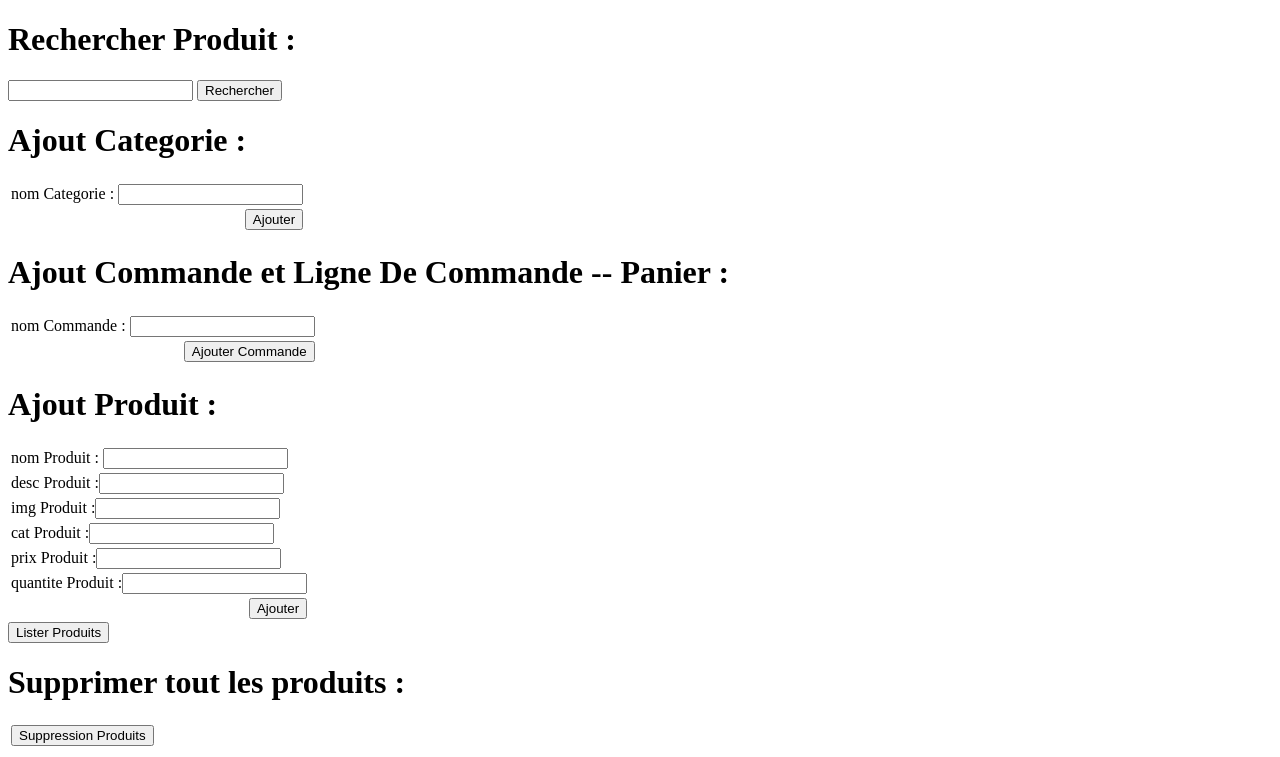
Repository: EBusinesss/Ebusiness
Page: http://localhost/EcomWEB/indexNeu.jsp
These files come from the project's save history. The page is drawn as it stood at one moment and after the next save; the edit follows.
The browser window is 1280 px wide. The pictures show the whole page.
The page is served by Tomcat 9. Nobody is signed in. The application's start-up code is not run.

Above is the page before, as saved 2014-12-27 17:58:10.

After the next save:
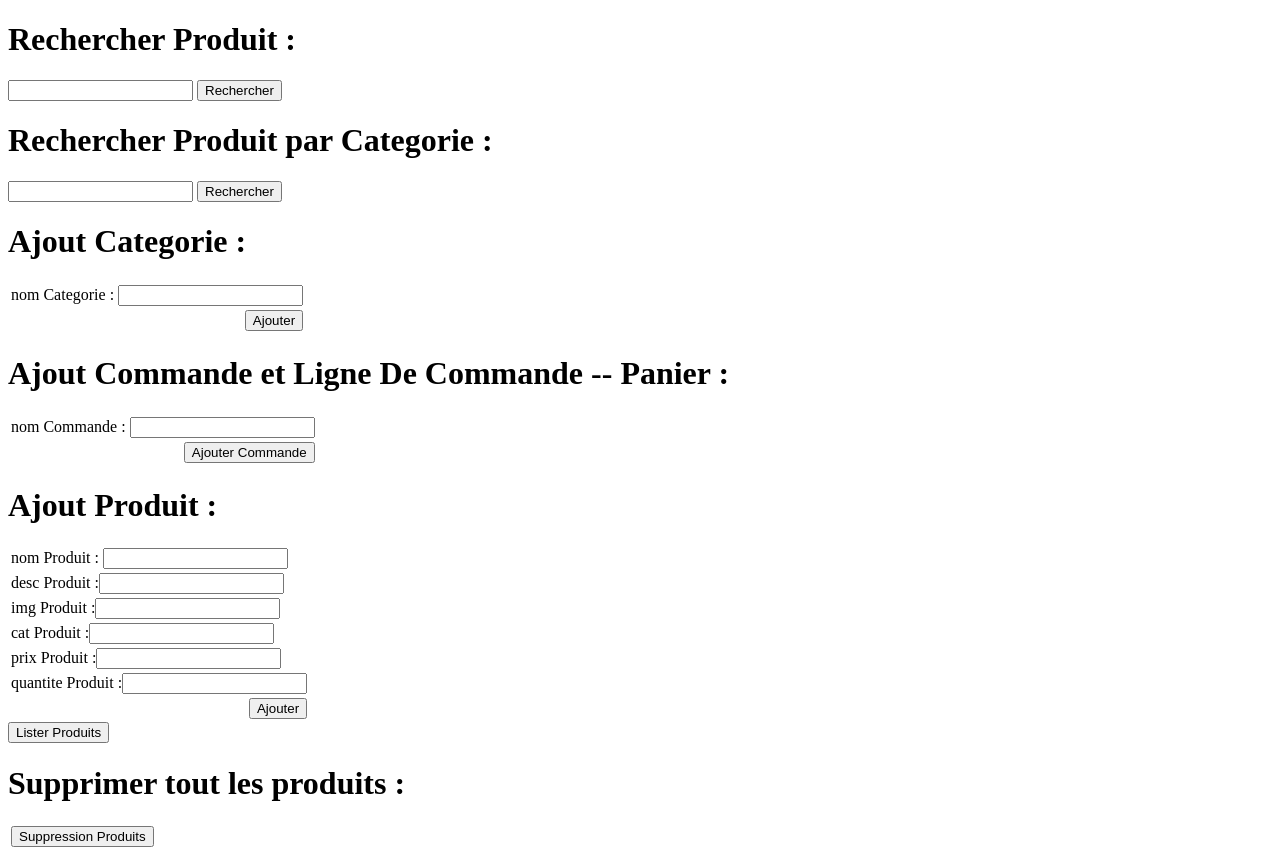
Saved 33 min 47 s later.
--- a/Workspace/EcomWEB/WebContent/indexNeu.jsp
+++ b/Workspace/EcomWEB/WebContent/indexNeu.jsp
@@ -16,6 +16,17 @@
 				</td>
 			</tr>
 		</form>
+
+				<h1>Rechercher Produit par Categorie : </h1>
+		<form action="RechercherProductServlet" method="post">
+
+			<tr><td><input type="text" name="nomProduitRecherche2" width="25"></td>
+				<td align="right" colspan="3">
+					<button name="submit" type="submit">Rechercher</button>
+				</td>
+			</tr>
+		</form>
+
 
 		<h1>Ajout Categorie :</h1>
 		<form action="AddCategoryServlet" method="post">
